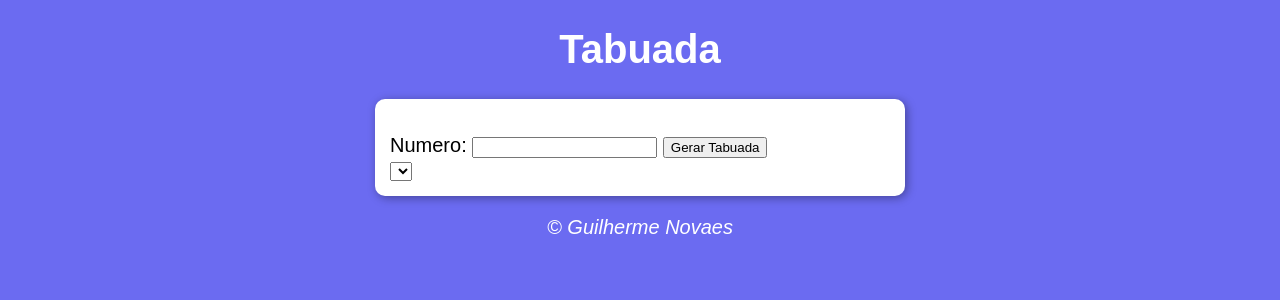
Repository: Guilherme-RNovaes/JavaScript-Curso
Page: Aula 14ex/ex017/index.html
The author's editor kept a copy of each file at every save. The page is drawn from the files as they stood at one save, then again after the next save.
The browser window is 1280 px wide. The pictures show the whole page.

Above is the page before, as saved 2022-09-10 09:30:34.

### Aula 14ex/ex017/index.html
<!DOCTYPE html>
<html lang="pt-br">
<head>
    <meta charset="UTF-8">
    <meta http-equiv="X-UA-Compatible" content="IE=edge">
    <meta name="viewport" content="width=device-width, initial-scale=1.0">
    <title>Modelo de Exercício</title>
    <link rel="stylesheet" href="src/Style/style.css">
</head>
<body>
    <header>
        <h1>Tabuada</h1>
    </header>
    <section>
        <div>
            <p></p> Numero: <input type="number" name="tabuada" id="tabuada">
            <button>Gerar Tabuada</button>
        </div>
        <div>
            <select name="tabres" id="tabres"><p>Digite um número acima</p></select>
        </div>
    </section>
    <footer>
        <p>&copy; Guilherme Novaes</p>
    </footer>
    <script src="script.js"></script>
</body>
</html>

### Aula 14ex/ex017/src/Style/style.css
body{
    background-color: rgb(107, 107, 241);
    font: normal 15pt Arial;
}
header {
    color: white;
    text-align: center;
}

section{
    background-color: white;
    border-radius: 10px;
    padding: 15px;
    width: 500px;
    margin: auto;
    box-shadow: 2px 2px 10px rgba(0, 0, 0, 0.36);
}

footer{
    color: white;
    text-align: center;
    font-style: italic;
}

div img{
    width: 250px;
    height: 250px;
    border-radius: 100%;
}

Loaded but not shown: Aula 14ex/ex017/script.js (no stored copy; drawn as an empty file)

After the next save:
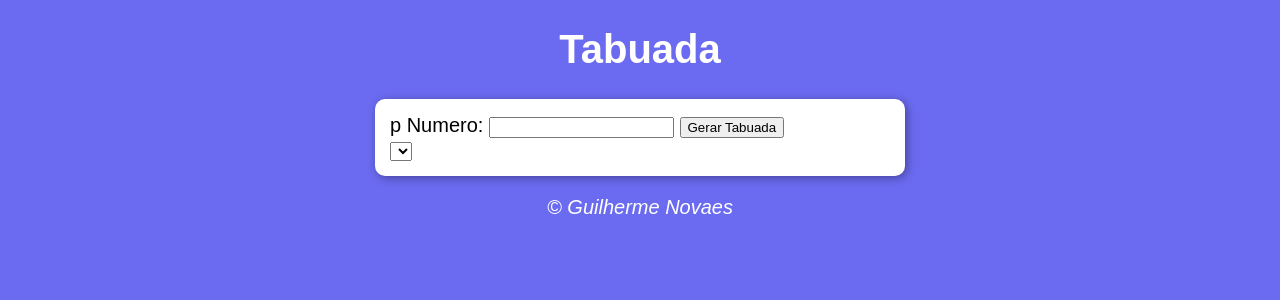
Saved 4 s later.
--- a/Aula 14ex/ex017/index.html
+++ b/Aula 14ex/ex017/index.html
@@ -13,7 +13,7 @@
     </header>
     <section>
         <div>
-            <p></p> Numero: <input type="number" name="tabuada" id="tabuada">
+            p Numero: <input type="number" name="tabuada" id="tabuada">
             <button>Gerar Tabuada</button>
         </div>
         <div>

After the save that followed:
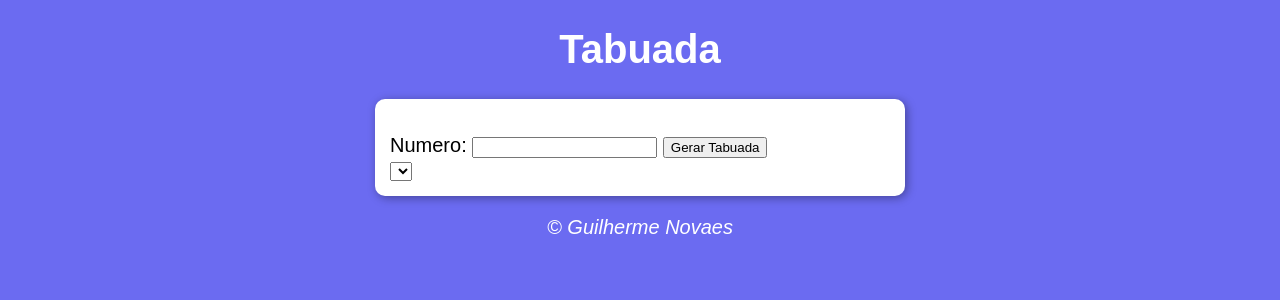
Saved 4 s later.
--- a/Aula 14ex/ex017/index.html
+++ b/Aula 14ex/ex017/index.html
@@ -13,7 +13,7 @@
     </header>
     <section>
         <div>
-            p Numero: <input type="number" name="tabuada" id="tabuada">
+            <p></p> Numero: <input type="number" name="tabuada" id="tabuada">
             <button>Gerar Tabuada</button>
         </div>
         <div>
